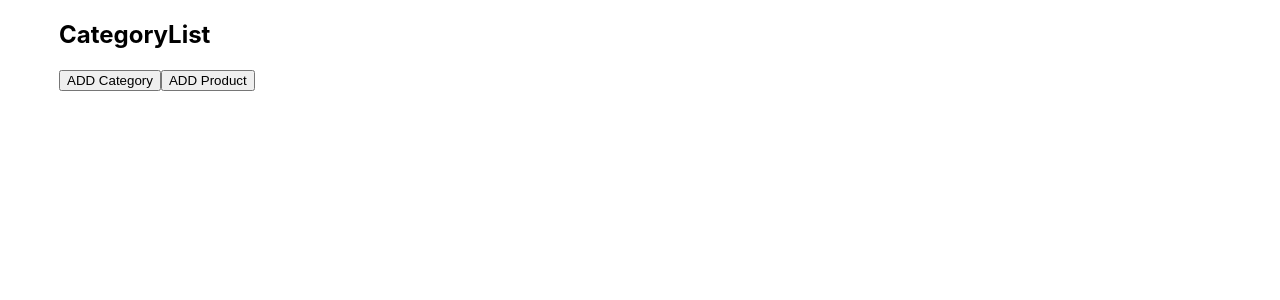
Repository: dgmihaela/react-shop-app
Page: / (app in my-app/)
The author's editor kept a copy of each file at every save. The page is drawn from the files as they stood at one save, then again after a run of saves.
The browser window is 1280 px wide. The pictures show the whole page.
The page's requests for data from a server got no answer. The project was rebuilt for these pictures with package versions that can differ from the ones it lists, and the page was loaded fresh each time. No one was signed in, and anything a server would have sent is missing. Also part of the build but not shown: my-app/src/components/ecommerce-admin/Product.js, my-app/src/components/ecommerce-admin/ModalEditCategory.js, my-app/src/components/ecommerce-admin/Category.js, my-app/src/components/ecommerce-admin/MainSearch.js.

Above is the page before, as saved 2020-12-22 10:31:28.

### my-app/src/index.js
import React from 'react';
import ReactDOM from 'react-dom';
import './index.css';
import App from './App';
import reportWebVitals from './reportWebVitals';
import { Provider } from 'react-redux';
import store from './store';


ReactDOM.render(
  <React.StrictMode>
    <Provider store={store}>
      <App />
    </Provider>
  </React.StrictMode>,
  document.getElementById('root')
);

// If you want to start measuring performance in your app, pass a function
// to log results (for example: reportWebVitals(console.log))
// or send to an analytics endpoint. Learn more: https://bit.ly/CRA-vitals
reportWebVitals();

### my-app/src/App.js
import React from 'react';
import Main from './components/ecommerce-admin/Main'


class App extends React.Component {

  constructor() {
    super();
  }

  render(){
    return (
      <div>
        <Main />
      </div>
    );
  }

}

export default App;

### my-app/src/store/index.js
import { configureStore } from '@reduxjs/toolkit';
// import counter from '../features/counter/counterSlice';
import categoryc from './../slices/crudCategory';
export default configureStore({
    reducer: {
        categoryc
    },
    devTools: window.__REDUX_DEVTOOLS_EXTENSION__ && window.__REDUX_DEVTOOLS_EXTENSION__()
});

### my-app/src/components/ecommerce-admin/Main.js
import React from 'react';
import CategoryList from './CategoryList';
import MainSearch from './MainSearch';
import MainBtns from './MainBtns';


class Main extends React.Component {

    constructor() {
        super();
    }

    render() {
        return (
            <div className="Main">

                <CategoryList categories={this.props.categories} onFilterChange={this.handleFilterText} />
            </div>
        )
    }
}

export default Main;

### my-app/src/slices/crudCategory.js
import { createSlice } from '@reduxjs/toolkit';

export const categorySlice = createSlice({
    name : 'categoriesCrud',
    initialState : {
        value : []
    },
    reducers: {
        addCategory : (state, action) => {
            state = state.value.push(action.payload)
        },
        getCategories : (state, action) => {
            console.log('action payload: ', action.payload);
            state.value = action.payload
        },
        deleteCategories: (state, action) => {
            console.log(state.value)
        }
    }
});

export const {addCategory, getCategories} = categorySlice.actions;

export const selectCategory = state => state.categoryc.value;

export default categorySlice.reducer;

### my-app/src/components/ecommerce-admin/CategoryList.js
import React, { useState, useEffect  } from 'react';
import axios from 'axios';
import Category from './Category';
import Modal from "./Modal";
import MainBtns from './MainBtns';

function CategoryList() {
    const [categories, setCategories] = useState([]);
    const [show, setShow] = useState(false);
    const [showProduct, setShowProduct] = useState(false);


    useEffect(() => {
        console.log('retrieving categories');
        axios.get('http://localhost:9000/categories')
            .then(res => {
                console.log('categories: ', res);

                // this.setState({
                //     categories: res.data
                // })
                setCategories(res.data);
            });
    }, []);

    function showModal(whichModal) {
        switch (whichModal) {
            case 'CATEGORY':
                // this.setState({ show: true })
                setShow(true);
                break;
            case 'PRODUCT':
                // this.setState({ showProduct: true })
                setShowProduct(true);
                break;
            default:
                throw new Error('Unavailable option');
        }


    }
    function hideModal() {
        // this.setState({ show: false, showProduct: false })
        setShowProduct(false)
        setShowProduct(false);
    }

    function getModalData(category) {
        console.log('new category: ', category);
        this.hideModal();
        setCategories([...categories, category]);
        // this.setState((state) => {
        //     return {
        //         categories: [...state.categories, category]
        //     }
        // })
    }

    function callbackDeletedCategory(categoryId) {
        console.log('CategoryList::callbackDeletedCategory - ', categoryId);
        let filteredCategories = categories.filter(x => x.id != categoryId);
        // this.setState((prevState) => ({
        //     categories: filteredCategories
        // }));
        setCategories(filteredCategories);
    }

    let categoryComponents = categories.map(categoryObject => <Category callback={getModalData} category={categoryObject} key={categoryObject.id} callbackDeletedCategory={callbackDeletedCategory} />);
    return (

        <div className="categoryist">

            <h2>CategoryList</h2>
            <Modal callback={getModalData} modalType="CATEGORY" show={show} handleClose={hideModal} endpoint={'http://localhost:9000/categories'} dataSelect={null} />
            <Modal callback={getModalData} modalType="PRODUCT" show={showProduct} handleClose={hideModal} endpoint={'http://localhost:9000/products'} dataSelect={categories} />
            <MainBtns show={showModal} />
            {categoryComponents}

        </div>
    )
}


export default CategoryList;

### my-app/src/components/ecommerce-admin/MainBtns.js
import React from 'react';
import Modal from './Modal'

class MainBtns extends React.Component {

    constructor(props) {
        super(props);
    }

    render() {
        return (
            <div className="MainBtns">
                <button type='button' onClick={() => this.props.show('CATEGORY')}>ADD Category</button>
                <button type='button' onClick={() => this.props.show('PRODUCT')}>ADD Product</button>
            </div>
        )
    }
}

export default MainBtns;

### my-app/src/components/ecommerce-admin/Modal.js
import React from 'react';
import Form from './Form'
import axios from 'axios';
import './styles.css'


const Modal = ({ callback, modalType, show, handleClose, endpoint, dataSelect }) => {

    const onSubmit = (event) => {
        event.preventDefault();

        if (modalType == 'PRODUCT') {
            let postBody = {
                title: event.target.name.value,
                description : event.target.description.value,
                id_category :  parseInt(event.target.category.value),
                price : 200
            };
            axios.post(endpoint, postBody)
                .then(res => {
                    console.log(res)
                    callback(res.data);
                })
        } else if (modalType == 'CATEGORY') {
            axios.post(endpoint, {
                name: event.target.title.value,
            })
                .then(res => {
                    console.log(res)
                    callback(res.data);
                })
        }
         else {
            throw new Error('Undefined modal type');
        }
    }

    const showHodeModal = show ? 'modal display-block' : 'modal display-none';

    return (
        <div className={showHodeModal}>
            <section className="modal-main">
                <Form formType={modalType} onSubmit={onSubmit} dataSelect={dataSelect} />
                <button onClick={handleClose}>Cancel</button>
            </section>
        </div>
    )
}

export default Modal;

### my-app/src/components/ecommerce-admin/styles.css
.mainSearch{
    margin: 70px 0 0 400px;
}
.categoryist{
    margin-left: 59px;
}
.category{
    width: 80%;
    border:1px solid red;
    margin-bottom: 20px;
    box-sizing: border-box;
    padding: 0 0 10px 10px;
    overflow: auto;
}
.category-title{
    height: 40px;
}
.product{
    width: 30%;
    border: 1px black solid;
    display: inline-block;
    padding: 5px;
    box-sizing: border-box;
    margin: 7px;
    height: 180px;

}

.modal {
    position: fixed;
    top: 0;
    left: 0;
    width:100%;
    height: 100%;
    background: rgba(0, 0, 0, 0.6);


  }
  .modal-main {
    position:fixed;
    background: white;
    width: 80%;
    height: auto;
    top:50%;
    left:50%;
    transform: translate(-50%,-50%);
  }

  .display-block {
    display: block;
  }

  .display-none {
    display: none;
  }

### my-app/src/components/ecommerce-admin/Form.js
import React, { useState } from 'react';
import axios from 'axios';

const Form = ({ formType, onSubmit, dataSelect }) => {

    let [optionIndex, setOptionIndex] = useState();

    let handleChange = (event) => {
        console.log('changed option: ', event.target.value);
        setOptionIndex(event.target.value);
    }

    if (formType == 'CATEGORY') {
        return (
            <form onSubmit={onSubmit}>
                <div>
                    <label htmlFor="title">Title of category</label>
                    <input id="title" />
                </div>
                <button type="submit">Save</button>
            </form>
        )
    }
    if (formType == 'PRODUCT') {
        let categories = dataSelect;
        let firstId = null;
        if(categories.length > 0){
            firstId = categories[0].id;
        }
        let categoryOptions = categories.map((cat) => {

            return <option value={cat.id} key={cat.id} >{cat.name}</option>
        });

        return (<form onSubmit={onSubmit}>
            <div>
                <label htmlFor="category">Category</label>
                <select id="category" value={optionIndex} onChange={handleChange}>
                    {categoryOptions}
                </select>
                <label htmlFor="name">Name of Product</label>
                <input id="name" />
                <label htmlFor="description">Description of Product</label>
                <input id="description" />

            </div>
            <button type="submit">Save</button>
        </form>);
    }
    throw new Error('Unknown form type');
}

export default Form;

Loaded but not shown: my-app/public/index.html (common file); my-app/src/index.css (common file); my-app/src/reportWebVitals.js (common file)

After the next 3 saves:
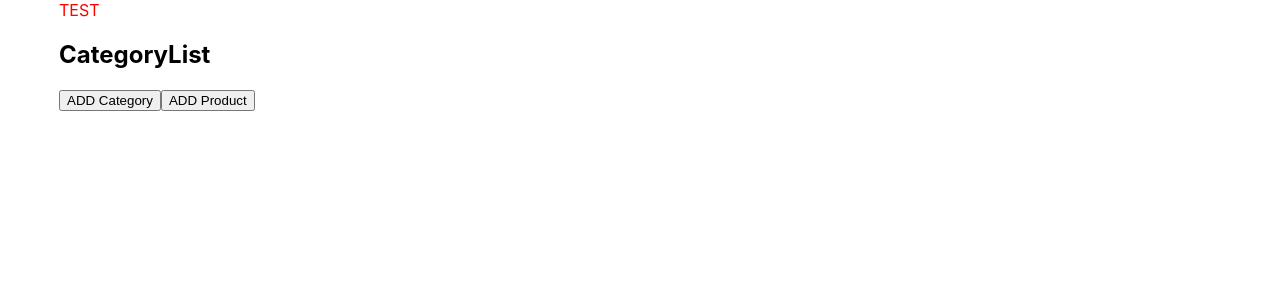
The 3 saves are shown as one change because 2 did not build or start.
The last was saved 2 min 55 s later.
--- a/my-app/src/slices/crudCategory.js
+++ b/my-app/src/slices/crudCategory.js
@@ -19,7 +19,7 @@ export const categorySlice = createSlice({
     }
 });
 
-export const {addCategory, getCategories} = categorySlice.actions;
+export const {addCategory, getCategories, deleteCategories} = categorySlice.actions;
 
 export const selectCategory = state => state.categoryc.value;
 
--- a/my-app/src/components/ecommerce-admin/CategoryList.js
+++ b/my-app/src/components/ecommerce-admin/CategoryList.js
@@ -3,23 +3,33 @@ import axios from 'axios';
 import Category from './Category';
 import Modal from "./Modal";
 import MainBtns from './MainBtns';
+import { useSelector, useDispatch } from 'react-redux';
+// import * as actionsCategory from './../../slices/crudCategory';
+import {selectCategory, addCategory, getCategories, deleteCategories} from './../../slices/crudCategory';
+
 
 function CategoryList() {
     const [categories, setCategories] = useState([]);
     const [show, setShow] = useState(false);
     const [showProduct, setShowProduct] = useState(false);
 
+    // redux
+    const select = useSelector(selectCategory);
+    const dispatch = useDispatch();
+
+    // ./redux
 
     useEffect(() => {
         console.log('retrieving categories');
         axios.get('http://localhost:9000/categories')
             .then(res => {
-                console.log('categories: ', res);
+                console.log('categories: ', res.data);
 
                 // this.setState({
                 //     categories: res.data
                 // })
-                setCategories(res.data);
+                // setCategories(res.data);
+                dispatch(getCategories(res.data));
             });
     }, []);
 
@@ -41,14 +51,16 @@ function CategoryList() {
     }
     function hideModal() {
         // this.setState({ show: false, showProduct: false })
-        setShowProduct(false)
         setShowProduct(false);
     }
 
     function getModalData(category) {
         console.log('new category: ', category);
-        this.hideModal();
-        setCategories([...categories, category]);
+        hideModal();
+        // setCategories([...categories, category]);
+        dispatch(addCategory(category));
+
+
         // this.setState((state) => {
         //     return {
         //         categories: [...state.categories, category]
@@ -62,13 +74,19 @@ function CategoryList() {
         // this.setState((prevState) => ({
         //     categories: filteredCategories
         // }));
-        setCategories(filteredCategories);
+        // setCategories(filteredCategories);
+        dispatch(deleteCategories(filteredCategories));
     }
 
-    let categoryComponents = categories.map(categoryObject => <Category callback={getModalData} category={categoryObject} key={categoryObject.id} callbackDeletedCategory={callbackDeletedCategory} />);
+    let categoryComponents = select.map(categoryObject => <Category callback={getModalData} category={categoryObject} key={categoryObject.id} callbackDeletedCategory={callbackDeletedCategory} />);
+    console.log('items din store: ', select);
     return (
 
         <div className="categoryist">
+            <div style={ {color: 'red'}}>
+                TEST
+
+            </div>
 
             <h2>CategoryList</h2>
             <Modal callback={getModalData} modalType="CATEGORY" show={show} handleClose={hideModal} endpoint={'http://localhost:9000/categories'} dataSelect={null} />
